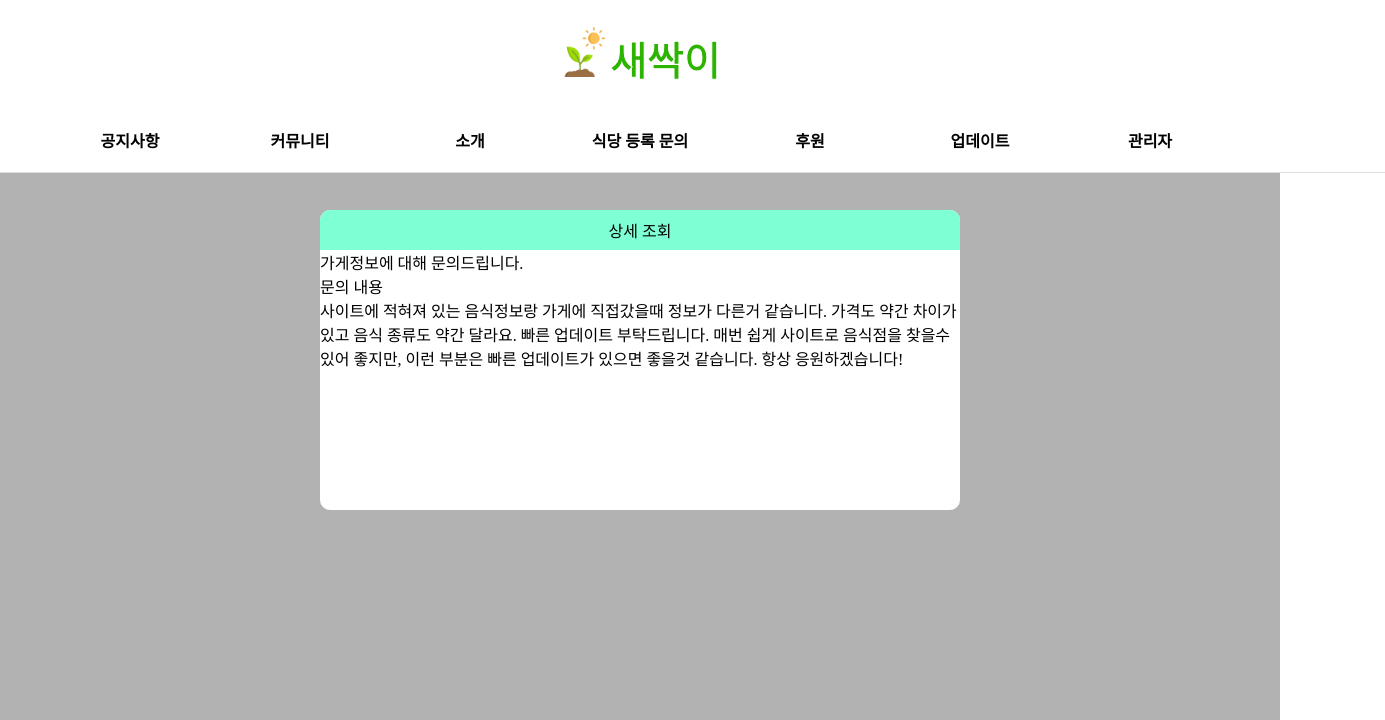
Repository: Seedye/Seedye
Page: team/src/main/webapp/html/board/board-view.html
The author's editor kept a copy of each file at every save. The page is drawn from the files as they stood at one save, then again after the next save.
The browser window is 1280 px wide. The page is 1385 px wide, so the pictures cover 1385 px, including what lies to the right of the window. The pictures show the whole page.
Some web fonts or font styles are not loaded; a fallback is used. Some web libraries are served in a nearby version.

Above is the page before, as saved 2022-12-15 11:02:56.

### team/src/main/webapp/html/board/board-view.html
<!DOCTYPE html>
<html lang="en">
<head>
  <meta charset="UTF-8">
  <meta http-equiv="X-UA-Compatible" content="IE=edge">
  <meta name="viewport" content="width=device-width, initial-scale=1.0">
  <link rel="stylesheet" href="../../resources/css/header.css">
  <link rel="stylesheet" href="../../resources/css/board/board-view-style.css">
  <title>게시물 상세보기모달</title>

  <script src="https://kit.fontawesome.com/95f413b465.js" crossorigin="anonymous"></script>

</head>
<body>
  <header>
    <!-- 헤더 -->
    <section id="header-container">
        <!-- 로고 -->
        <section id="header-section">
            <a href="#"><img id="logo" src="../../resources/images/새싹이.png"></a>
            <a href="#" id="logo-content">새싹이</a>
        </section>
        <!-- 메뉴창 -->
        <nav id="nav-bar">
            <ul>
                <li><a href="#"></a>공지사항</li>
                <li><a href="#"></a>커뮤니티</li>
                <li><a href="#"></a>소개</li>
                <li><a href="#"></a>식당 등록 문의</li>
                <li><a href="#"></a>후원</li>
                <li><a href="#"></a>업데이트</li>
                <li><a href="#"></a>관리자</li>
            </ul>
        </nav>
    </section>
</header>
  <div class="board-view-modal">
    <div class="board-view-area">
      <!-- /* 상세보기 */ -->
      <div class="board-view-title">
        <p>상세 조회</p>
      </div>
      <!-- /* 상세보기 내용 */ -->
      <div class="board-view-content">
        <div class="board-view-content-title">
          <p>가게정보에 대해 문의드립니다.</p>
        </div>
        <div class="board-view-content-detail">
          <p>문의 내용</p>
          <p>
            사이트에 적혀져 있는 음식정보랑 가게에 직접갔을때 정보가 다른거 같습니다.
            가격도 약간 차이가 있고 음식 종류도 약간 달라요. 빠른 업데이트 부탁드립니다.
            매번 쉽게 사이트로 음식점을 찾을수 있어 좋지만,
            이런 부분은 빠른 업데이트가 있으면 좋을것 같습니다. 항상 응원하겠습니다!
          </p>
        </div>
      </div>
      <div class="board-view-conment">

      </div>
    </div>
  </div>
</body>
</html>

### team/src/main/webapp/resources/css/header.css

@font-face {
    font-family: 'yg-jalnan';
    src: url('https://cdn.jsdelivr.net/gh/projectnoonnu/noonfonts_four@1.2/JalnanOTF00.woff') format('woff');
    font-weight: normal;
    font-style: normal;
}


@font-face {
    font-family: 'NIXGONM-Vb';
    src: url('https://cdn.jsdelivr.net/gh/projectnoonnu/noonfonts_six@1.2/NIXGONM-Vb.woff') format('woff');
    font-weight: normal;
    font-style: normal;
}

*{
    box-sizing: border-box;
    margin: 0;
    padding: 0;
}

header{
    position: sticky;
    top: 0;
    background-color: white;
    z-index: 1000;
}

body{
    display: flex;
    justify-content: center;
    align-items: center;
    flex-direction: column;
}

#header-section{
    width: 100%;
    display: flex;
    justify-content: center;
    align-items: center;
    margin-top: 20px;
}

#logo{
    width: 50px;
    height: 50px;
}

#logo-content{
    color: #2db400;
    -webkit-text-stroke: 1px white;
    text-decoration: none;
    font-weight: bold;
    font-family: yg-jalnan;
    font-size: 40px;
    padding-top: 10px;
}

#nav-bar{
    display: flex;
    justify-content: center;
    margin: 20px 0px  0px  0px;
}

#nav-bar > ul {
    /* width: 100vw; */
    display: flex;
    justify-content: space-between;
    font-weight: bold;
    border-bottom: 1px solid #ddd;
    padding: 0px 150px;
}

#nav-bar > ul > li{
    font-family: NIXGONM-Vb;
    float: left;
    display: flex;
    justify-content: center;
    padding: 20px 35px;
    border-radius: 6px;
    cursor: pointer;
    width: 170px;
    height: auto;
}

#nav-bar > ul > li:hover{
    background-color: rgba(45, 180, 0, 0.6);
    color: white;
    transition-duration: 0.3s;
}

footer {
    width: 1200px;
    height: 134px;
    color: gray;
    font-size: var(--small-font-size);
    padding: 20px 0;

    display: flex;
    flex-direction: column;
    justify-content: space-around;
    align-items: center;

    /* position: absolute; */
    bottom: 0;

    border-top: 1px solid #ddd;
  }

  footer a {
    color: gray;
  }

### team/src/main/webapp/resources/css/board/board-view-style.css
*{
  font-family: "NIXGONM-Vb";
}
.board-view-modal{
  top: 0; left: 0;
  position: absolute;
  width: 100vw;
  height: 100vh;
  background-color: rgba(0, 0, 0, 0.3);

  /* display: none; */
  display: flex;
  align-items: center;
  justify-content: center;
}
/* 상세보기 흰영역 */
.board-view-area{
  width: 50vw;
  min-width: 400px;
  height: auto;
  min-height: 300px;
  background-color: white;
  border-radius: 10px;
  overflow: auto;
}
/* 상세보기 제목 */
.board-view-title{
  width: 100%;
  height: 40px;
  background-color: aquamarine;
  display: flex;
  align-items: center;
  justify-content: center;

}
.board-view-title > p{
  color: black;
}
/* 상세보기 내용 */
.board-view-content{

}

After the next save:
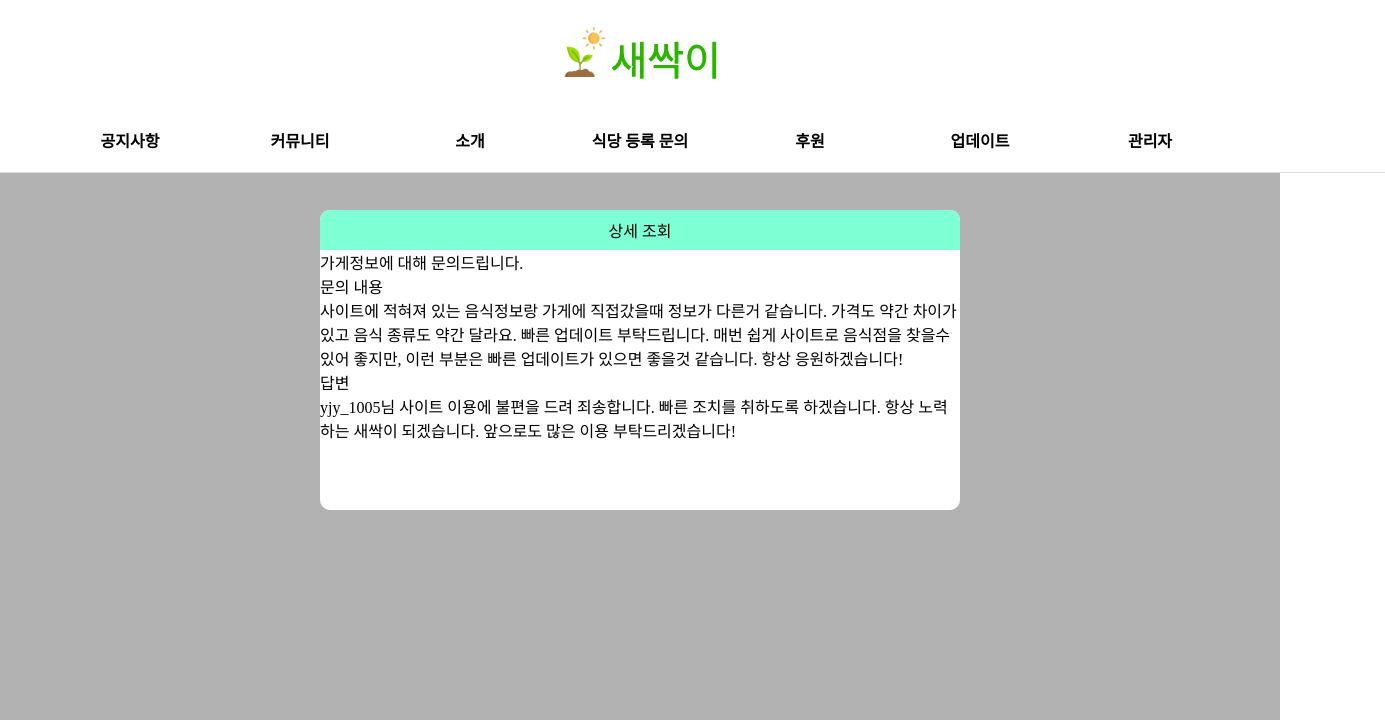
Saved 2 min 18 s later.
--- a/team/src/main/webapp/html/board/board-view.html
+++ b/team/src/main/webapp/html/board/board-view.html
@@ -56,7 +56,10 @@
         </div>
       </div>
       <div class="board-view-conment">
-
+        <p>답변</p>
+        <p>yjy_1005님 사이트 이용에 불편을 드려 죄송합니다. 빠른 조치를 취하도록 하겠습니다.
+          항상 노력하는 새싹이 되겠습니다. 앞으로도 많은 이용 부탁드리겠습니다!
+        </p>
       </div>
     </div>
   </div>
